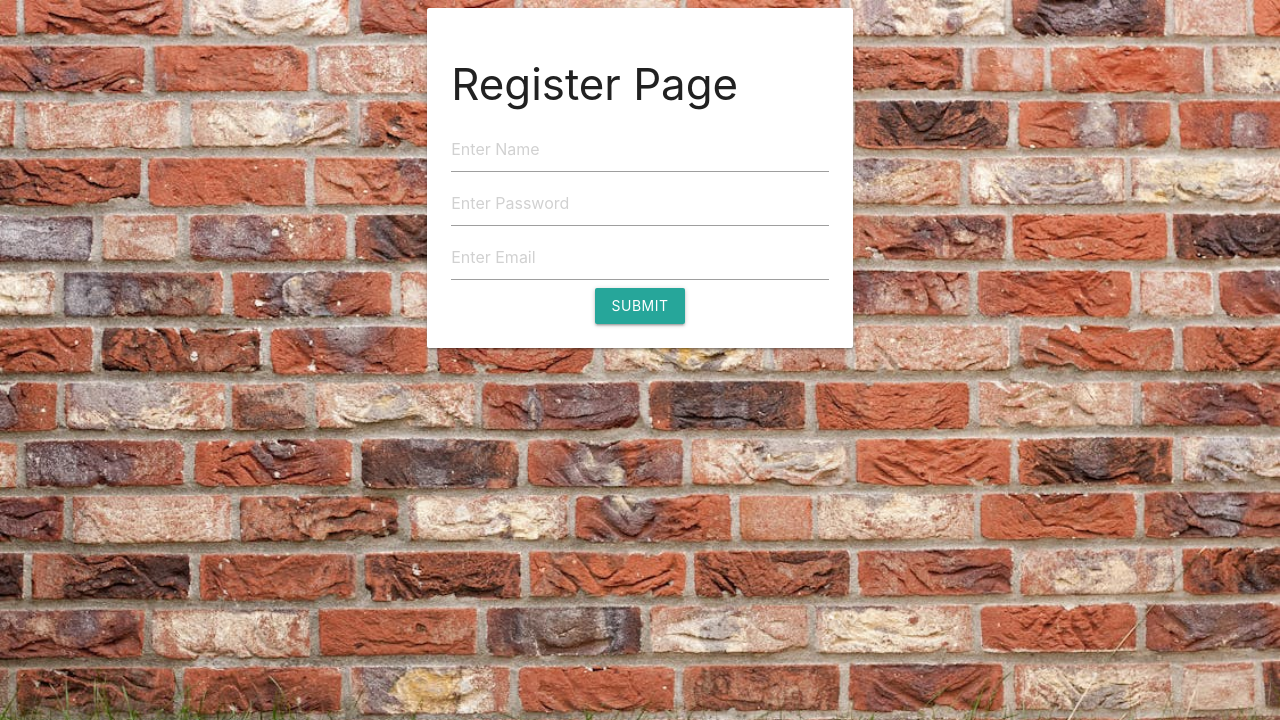
Repository: nin19/advance_java
Page: http://localhost/register-module/
These files come from the project's save history. The page is drawn as it stood at one moment and after the next save; the edit follows.
The browser window is 1280 px wide. The pictures show the whole page.
The page is served by Tomcat 9. Other server files are loaded and not shown.

Above is the page before, as saved 2024-10-17 13:52:21.

### servlet/register-module/src/main/webapp/signup.jsp
<%@ page language="java" contentType="text/html; charset=ISO-8859-1"
    pageEncoding="ISO-8859-1"%>
<!DOCTYPE html>
<html>
<head>
<meta charset="ISO-8859-1">
<title>SignUpPage</title>
 <!-- Compiled and minified CSS -->
    <link rel="stylesheet" href="https://cdnjs.cloudflare.com/ajax/libs/materialize/1.0.0/css/materialize.min.css">

    <!-- Compiled and minified JavaScript -->
    <script src="https://cdnjs.cloudflare.com/ajax/libs/materialize/1.0.0/js/materialize.min.js"></script>

</head>
<body style="background: url(img/background.jpeg);background-size: 100%">
	<div class="container">
		<div class="row">
			<div class="col m6 offset-m3">
				<div class="card">
					<div class="card-content">
						<h3>Register Page</h3>

						<div class="form center-align">
							<form action="Register" method="post">
								<input type="text" name="user_name" placeholder="Enter Name"/>
								<input type="password" name="user_password" placeholder="Enter Password"/>
								<input type="password" name="user_email" placeholder="Enter Email"/>

								<button type="submit" class="btn">Submit</button>
							</form>
						</div>
						<div class="loader">

						</div>
					</div>
				</div>
			</div>
		</div>
	</div>
</body>
</html>

After the next save:
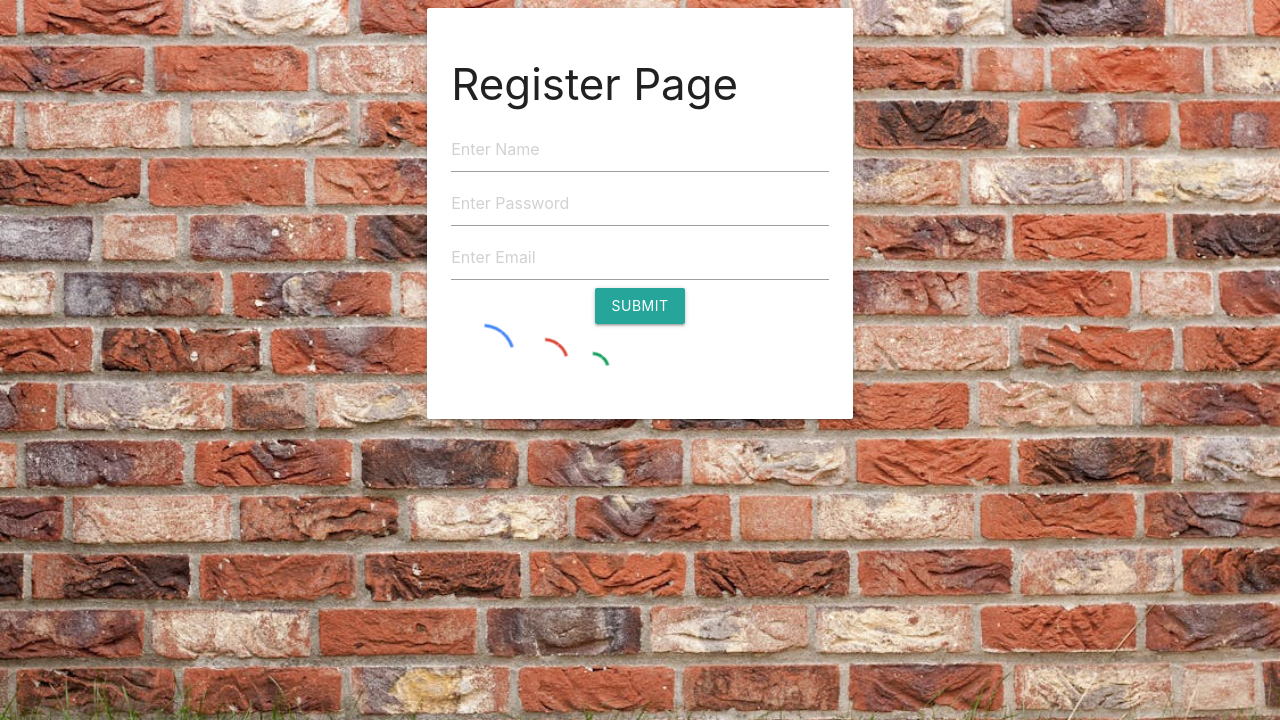
Saved 115 s later.
--- a/servlet/register-module/src/main/webapp/signup.jsp
+++ b/servlet/register-module/src/main/webapp/signup.jsp
@@ -30,7 +30,41 @@
 							</form>
 						</div>
 						<div class="loader">
+							  <div class="preloader-wrapper big active">
+    <div class="spinner-layer spinner-blue-only">
+      <div class="circle-clipper left">
+        <div class="circle"></div>
+      </div><div class="gap-patch">
+        <div class="circle"></div>
+      </div><div class="circle-clipper right">
+        <div class="circle"></div>
+      </div>
+    </div>
+  </div>
 
+  <div class="preloader-wrapper active">
+    <div class="spinner-layer spinner-red-only">
+      <div class="circle-clipper left">
+        <div class="circle"></div>
+      </div><div class="gap-patch">
+        <div class="circle"></div>
+      </div><div class="circle-clipper right">
+        <div class="circle"></div>
+      </div>
+    </div>
+  </div>
+
+  <div class="preloader-wrapper small active">
+    <div class="spinner-layer spinner-green-only">
+      <div class="circle-clipper left">
+        <div class="circle"></div>
+      </div><div class="gap-patch">
+        <div class="circle"></div>
+      </div><div class="circle-clipper right">
+        <div class="circle"></div>
+      </div>
+    </div>
+  </div>
 						</div>
 					</div>
 				</div>
